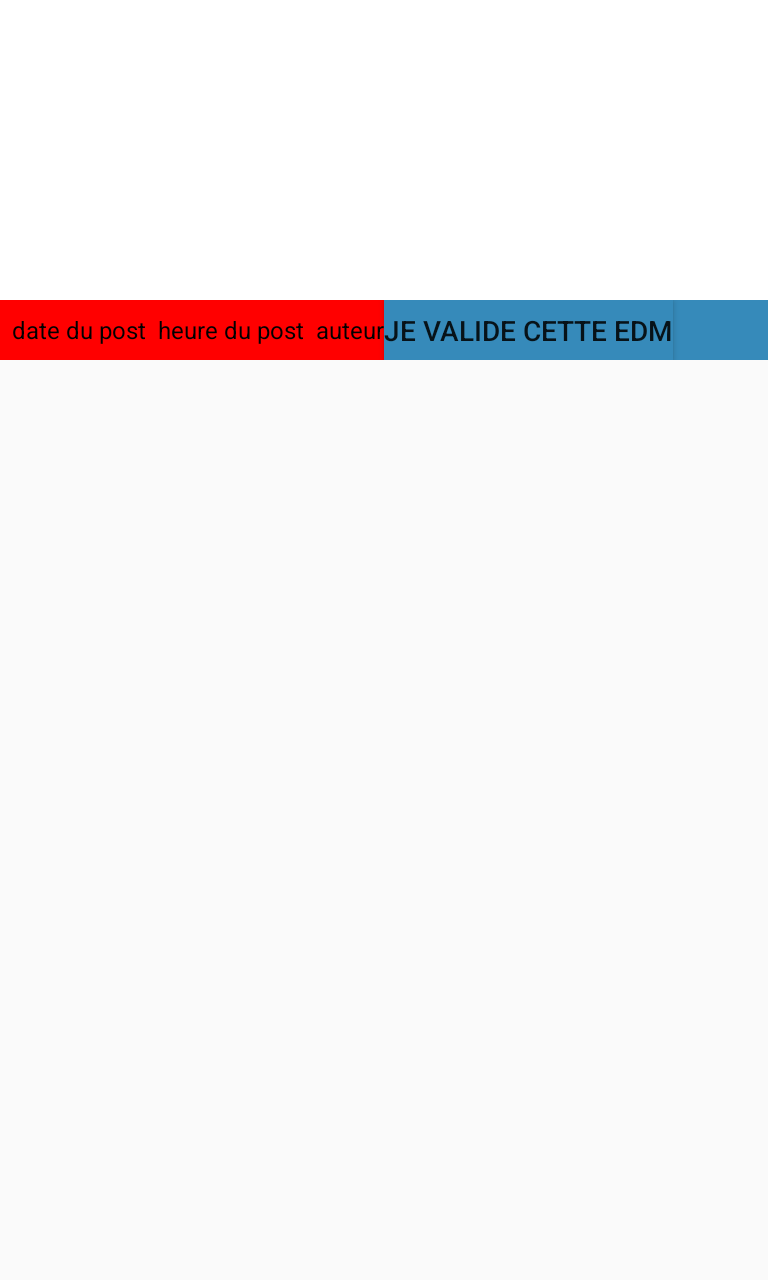
Repository: pierrealexvezinet/excusedemerde
Layout: edm/res/layout/edm_textview_layout.xml
These files come from the project's save history. The layout is drawn as it stood at one moment and after the next save; the edit follows.
It is drawn on a 768 x 1280 px phone screen (xhdpi) without system bars, with theme Theme.AppCompat.Light; the app's code is not run.

Above is the layout before, as saved 2014-02-16 22:16:44.

### edm/res/layout/edm_textview_layout.xml
<?xml version="1.0" encoding="utf-8"?>
<LinearLayout xmlns:android="http://schemas.android.com/apk/res/android"
    android:id="@+id/edm_accueil_llt"
    android:layout_width="match_parent"
    android:layout_height="match_parent"
    android:orientation="vertical" >

    <RelativeLayout
        android:layout_width="match_parent"
        android:layout_height="150dp"
        android:background="@color/edm_blue_dark_background"
        android:orientation="vertical" >

        <TextView
            android:id="@+id/tv_edm_post"
            android:layout_width="match_parent"
            android:layout_height="match_parent"
            android:background="#FFFFFF"
            android:gravity="center_vertical"
            android:minHeight="?android:attr/listPreferredItemHeight"
            android:paddingLeft="6dip"
            android:textSize="12sp"
            android:textColor="#000000"
            android:textAppearance="?android:attr/textAppearanceLarge"
             />
    </RelativeLayout>

    <RelativeLayout
        android:layout_width="match_parent"
        android:layout_height="30dp"
        android:background="@color/btn_forum_color"
        android:orientation="vertical"
       >

        <RelativeLayout
		    android:layout_width="match_parent"
		    android:layout_height="match_parent"
		    android:background="@color/edm_blue_dark_background"
		      android:gravity="left">

        <TextView
            android:background="#ff0000"
            android:text="date du post"
            android:id="@+id/tv_edm_post_date"
            android:layout_width="wrap_content"
            android:layout_height="fill_parent"
            android:gravity="center"
            android:minHeight="?android:attr/listPreferredItemHeight"
            android:paddingLeft="6dip"
            android:textSize="12sp"
            android:textAppearance="?android:attr/textAppearanceLarge"
            android:textColor="#000000" />

        <TextView
            android:background="#ff0000"
            android:text="heure du post"
            android:id="@+id/tv_edm_post_hour"
            android:layout_width="wrap_content"
            android:layout_height="fill_parent"
            android:layout_toRightOf="@id/tv_edm_post_date"
            android:gravity="center_vertical"
            android:minHeight="?android:attr/listPreferredItemHeight"
            android:paddingLeft="6dip"
            android:textAppearance="?android:attr/textAppearanceLarge"
            android:textSize="12sp"
            android:textColor="#000000" />

        <TextView
            android:background="#ff0000"
            android:text="auteur"
            android:id="@+id/tv_edm_post_auteur"
            android:layout_width="wrap_content"
            android:layout_height="fill_parent"
            android:layout_toRightOf="@+id/tv_edm_post_hour"
            android:gravity="center_vertical"
            android:minHeight="?android:attr/listPreferredItemHeight"
            android:paddingLeft="6dip"
            android:textSize="12sp"
            android:textAppearance="?android:attr/textAppearanceLarge"
            android:textColor="#000000"/>

        <Button
            android:id="@+id/bt_valider_edm"
            android:layout_width="wrap_content"
            android:layout_height="wrap_content"
            android:layout_alignParentTop="true"
                android:background="@color/edm_blue_dark_background"
            android:layout_toRightOf="@+id/tv_edm_post_auteur"
            android:text="@string/text_btn_valider_edm"/>

        </RelativeLayout>
    </RelativeLayout>

</LinearLayout>

### edm/res/values/colors.xml
<?xml version="1.0" encoding="utf-8"?>
<resources>

    <color name="edm_blue_background" >#AAD2E9</color>
    <color name="edm_blue_dark_background">#368ABA</color>
    <color name="btn_accueil_color">#D98E20</color>
    <color name="btn_forum_color">#97AC72</color>
    <color name="btn_shopping_color">#EA877B</color>
    <color name="btn_account_color">#D0AEC6</color>
    <color name="btn_pipotek_color">#C6CAFB</color>
    <color name="btn_parametres_color">#B877D6</color>


    <color name="bg_start">#000000</color>
    <color name="bg_end">#293436</color>
    <color name="bg_mentions_start">#529d07</color>
    <color name="bg_mentions_end">#d3ff00</color>
    <color name="bg">#FFF</color>
    <color name="bg_dialog">#adadad</color>
    <color name="catalog_titlebar_background">#60ab21</color>
    <color name="reduction_titlebar_background">#60ab21</color>
    <color name="menu_background">#FFF</color>
    <color name="menu_background_selected">#888</color>
    <color name="bg_selectedcell">#3C3A3A</color>
    <color name="bt_text">#352a26</color>
    <color name="text_info">#999999</color>
    <color name="text_green">#ADCB10</color>
    <color name="text_black">#000000</color>
    <color name="text_lightgrey">#989898</color>
    <color name="text_grey">#888888</color>
    <color name="blanc">#FFFFFF</color>
    <color name="white">#FFFFFF</color>
    <color name="debug">#33FF0000</color>
    <color name="debug2">#3300FF00</color>
    <color name="translucent_black">#AA000000</color>
    <color name="transparent">#00000000</color>
    <color name="pink">#D3007E</color>
    <color name="red">#F00</color>
    <color name="background">#88000000</color>
    <color name="pense_bete_text">#000000</color>
    <color name="my_list_parent_text">#181947</color>
    <color name="edm_green">#83af0b</color>
    <color name="edm_green_tap">#9eca32</color>
    <color name="edm_green_translucent">#CC83af0b</color>
    <color name="edm_green_translucent_tap">#CC9eca32</color>
    <color name="edm_pink">#cb0081</color>
    <color name="edm_pink_tap">#FF82C6</color>
    <color name="edm_pink_translucent">#CCcb0081</color>
    <color name="edm_pink_translucent_tap">#CCFF82C6</color>
    <color name="edm_white_translucent">#CCFFFFFF</color>
    <color name="edm_black_translucent">#CC000000</color>
    <color name="edm_grey_solid">#6f6d6d</color>
    <color name="edm_orange">#ff6c00</color>
    <color name="edm_light_orange">#ff912C</color>
    <color name="edm_white_cream">#efeae8</color>
    <color name="edm_cream_button">#f2eeec</color>
    <color name="edm_light_grey">#ccc2be</color>
    <color name="edm_black">#181947</color>
    <color name="edm_dark_grey">#a5918a</color>
    <color name="edm_dark_grey_translucent">#CCa5918a</color>
    <color name="edm_button_gray_text">#a5918a</color>
    <color name="edm_button_gray_background">#CCefeae8</color>
    <color name="edm_button_gray_deactivated_text">#efeae8</color>
    <color name="edm_button_gray_deactivated_background">#CCffffff</color>

</resources>

### edm/res/values/strings.xml
<?xml version="1.0" encoding="utf-8"?>
<resources>

    <!-- EDM GENERAL -->
    <string name="app_name">Excuse de merde</string>
    <string name="action_settings">Settings</string>
    <string name="drawer_open">Drawer ouvert</string>
    <string name="drawer_closed">Drawer fermé</string>
    <string name="ac_refresh">Refresh</string>

    <!-- EDM ALERT DIALOG PARAMETRES MES EDMS -->
    <string name="title_alert_dialog_retour_accueil">Information</string>
    <string name="button_valid_retour_accueil">Retourner à l\'accueil</string>
    <string name="message_aucunes_edms_utilisateur">Vous n\'avez pas d\'EDMs.</string>
    <string name="message_pas_connecte_voir_edms">Vous devez être connécté pour voir vos EDMs.</string>

    <!-- EDM ALERT DIALOG EDM FRAGMENT ACTIVITY CONNECTE POUR POSTER EDM -->
    <string name="title_alert_dialog_retour_to_post_edm">Attention</string>
    <string name="button_connect_me">Me connecter !</string>
    <string name="message_pas_connecte">Vous devez être connecté pour pouvoir poster des EDMs.</string>

    <!-- EDM MES EDMS -->
    <string name="app_name_mes_edms">Mes EDMs</string>

    <!-- EDM CLASSEMENT TOP TEN DES MYTHOS -->
    <string name="app_name_top_ten_des_mythos">Top 10 des mythos</string>

    <!-- EDM PROGRESS BAR -->
    <string name="chargement_en_cours">Chargement en cours</string>
    <string name="merci_de_patienter">Merci de patienter</string>

    <!-- EDM AUTHENTICATION -->
    <string name="app_name_authentication">Authentification</string>

    <!-- EDM ACCUEIL -->
    <string name="app_name_accueil">Accueil</string>

    <!-- EDM POSTER EDM -->
    <string name="app_name_poster_edm">Poster une EDM</string>
    <string name="poster_edm_bt">Poster une EDM</string>
    <string name="text_edm_to_post">Votre EDM se tape ici ...</string>
    <string name="text_edm_posted_with_succes">Votre EDM a été postée avec succès</string>
    <string name="text_btn_valider_edm">Je valide cette EDM</string>

    <!-- EDM ACCOUNT -->
    <string name="lieu_residence_user">Lieu de résidence :</string>
    <string name="civilite_user">Civilité :</string>
    <string name="date_naissance_user">Date de naissance :</string>
    <string name="visite_du_profil_user">Visite(s) du profil :</string>
    <string name="nb_commentaire_user">Commentaires :</string>
    <string name="nb_edms_user">Nombre de EDMs :</string>
    <string name="ma_photo">Ma photo :</string>
    <string name="non_renseigne">Aucun(e)</string>
    <string name="editer_profil">Editer mon profil</string>
    <string name="user_photo">user photo</string>

    <!-- EDM ROI DES MYTHOS -->
    <string name="app_name_roi_des_mythos">Roi des mythos</string>
    <string name="afficher_profil_roi_des_mythos">Afficher le profil</string>
    <string name="user_ne_souhaite_pas_partager_son_profil">Cet utilisateur n\'a pas souhaité partager les informations le concernant.</string>
    <string name="profil_user_hidden">Profil utlisateur caché</string>

    <!-- EDM EDIT ACCOUNT -->
    <string name="app_name_edition_profil">Edition profil</string>
    <string name="edit_civilite_user">Civilite</string>
    <string name="edit_date_de_naissance_user">Date de naissance</string>
    <string name="edit_ville_user">Résidence</string>
    <string name="edit_statut_user">Statut</string>
    <string name="edit_pays_user">Pays</string>
    <string name="edit_fuseau_user">user photo</string>
    <string name="edit_a_propos_user">A propos</string>
    <string name="edit_changer_photo_user">Avatar</string>
    <string name="edit_cacher_profil_user">Cacher Profil</string>
    <string name="valider_edition_edm">Valider</string>
    <string name="profil_mis_a_jour">Votre profil a correctement été mis à jour</string>

    <!-- EDM MENU DRAWER -->
    <string name="app_name_account">Mon Compte</string>
    <string name="drawer_menu_item_accueil">Accueil</string>
    <string name="drawer_menu_item_Forum">Forum</string>
    <string name="drawer_menu_item_Boutique">Boutique</string>
    <string name="drawer_menu_item_mon_compte">Mon compte</string>
    <string name="drawer_menu_item_pipotek">Pipotek</string>
    <string name="drawer_menu_item_parametres">Paramètres</string>

    <!-- EDM GENERAL -->


    <!-- EDM LOGIN -->
    <string name="pseudo_edm">Pseudo</string>
    <string name="password_edm">Mot de passe</string>
    <string name="remind_me_edm">Se souvenir de moi</string>
    <string name="connexion_edm">Connexion</string>

    <!-- EDM PARAMETRES -->
    <string name="app_name_parameters">Plus</string>
    <string name="mon_compte">MON COMPTE</string>
    <string name="forum">FORUM</string>
    <string name="boutique">BOUTIQUE</string>
    <string name="luminosite">LUMINOSITE</string>
    <string name="deconnexion">DECONNEXION</string>

    <!-- QUITTER EDM -->

    <string name="warning">Attention</string>
    <string name="quitt_edm_application">Souhaitez-vous vraiment quitter EDM ?</string>

</resources>

After the next save:
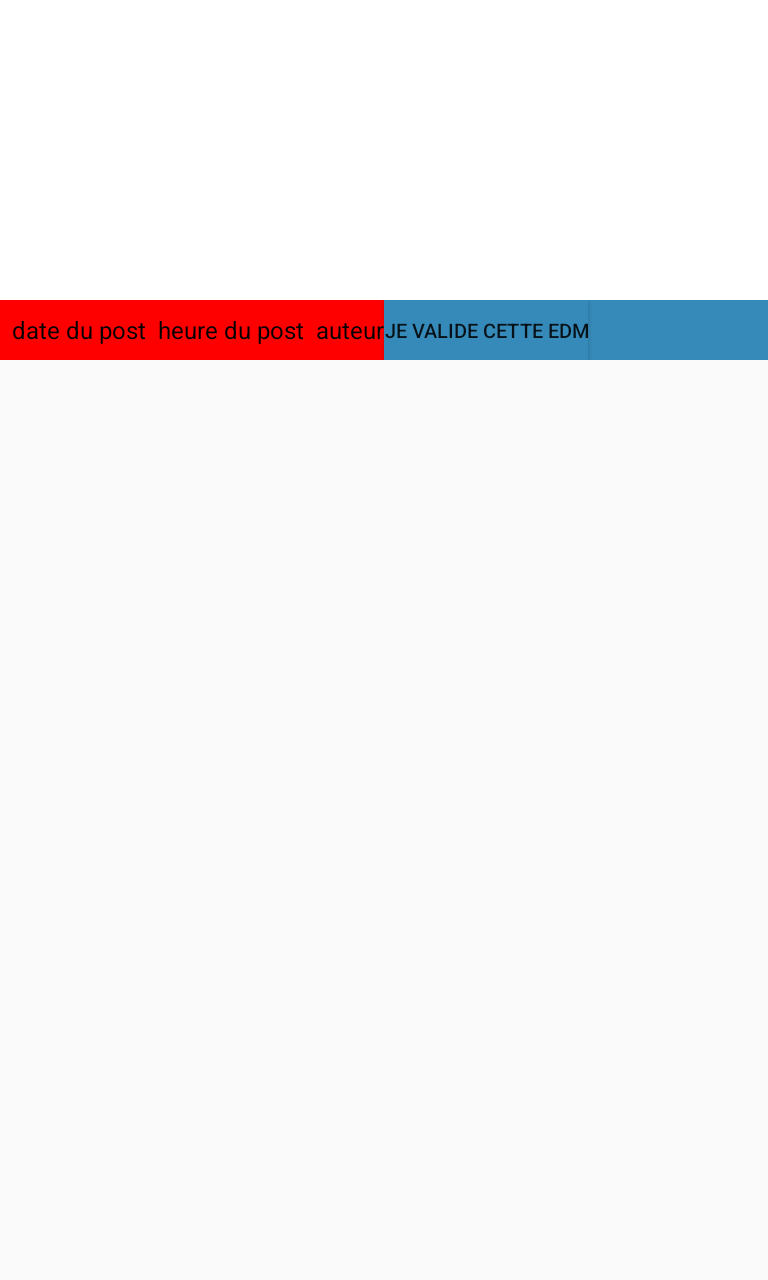
Saved 39 s later.
--- a/edm/res/layout/edm_textview_layout.xml
+++ b/edm/res/layout/edm_textview_layout.xml
@@ -84,6 +84,7 @@
             android:layout_width="wrap_content"
             android:layout_height="wrap_content"
             android:layout_alignParentTop="true"
+            android:textSize="10sp"
                 android:background="@color/edm_blue_dark_background"
             android:layout_toRightOf="@+id/tv_edm_post_auteur"
             android:text="@string/text_btn_valider_edm"/>
